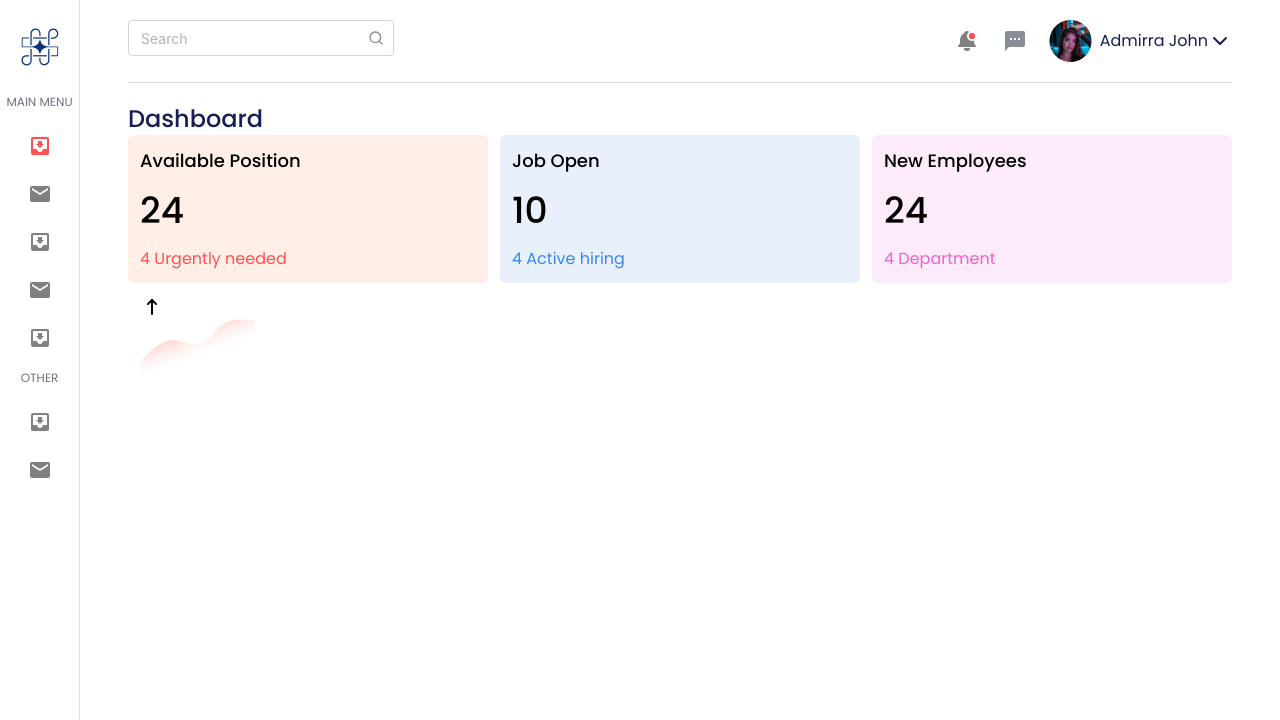
Repository: SatyaDewangan05/sample-dashboard
Page: /
These files come from the project's save history. The page is drawn as it stood at one moment and after the next save; the edit follows.
The browser window is 1280 px wide. The pictures show the whole page.
The project was rebuilt for these pictures with package versions that can differ from the ones it lists, and the page was loaded fresh each time. The framework's server and built-in components were replaced by stand-ins that run in the browser. Also part of the build but not shown: next.config.mjs.

Above is the page before, as saved 2024-09-22 00:12:04.

### src/app/layout.js
import localFont from "next/font/local";
import "./globals.css";
import { MantineProvider } from "@mantine/core";
import "@mantine/core/styles.css";

const geistSans = localFont({
  src: "./fonts/GeistVF.woff",
  variable: "--font-geist-sans",
  weight: "100 900",
});
const geistMono = localFont({
  src: "./fonts/GeistMonoVF.woff",
  variable: "--font-geist-mono",
  weight: "100 900",
});

import { Poppins } from "next/font/google";
const poppins = Poppins({
  weight: ["400", "500", "600", "700"], // You can choose different weights like '300', '500' etc.
  subsets: ["latin"],
});

export const metadata = {
  title: "Create Next App",
  description: "Generated by create next app",
};

export default function RootLayout({ children }) {
  return (
    <html lang="en">
      <body className={`${poppins.className} antialiased bg-white`}>
        <MantineProvider>{children}</MantineProvider>
      </body>
    </html>
  );
}

### src/app/page.jsx
import Image from "next/image";
import MiniDrawer from "./components/Drawer";
import {
  ActionIcon,
  Anchor,
  Avatar,
  Divider,
  Indicator,
  TextInput,
  Title,
} from "@mantine/core";
import { Search } from "lucide-react";
import {
  IconBellFilled,
  IconChevronCompactDown,
  IconChevronDown,
} from "@tabler/icons-react";
import TextsmsIcon from "@mui/icons-material/Textsms";
import DP from "@/images/dp.png";
import ThreeData from "./components/card/ThreeData";
import DetailChart from "./components/card/DetailChart";

export default function Home() {
  return (
    <div className="flex">
      <MiniDrawer />
      <div className="w-full px-12">
        {/* Top Bar */}
        <div className="w-full py-5 flex justify-between">
          <TextInput placeholder="Search" rightSection={<Search size={16} />} />
          <div className="flex items-center gap-5">
            <ActionIcon
              variant="transparent"
              color="gray"
              // c="black"
              aria-label="Settings"
            >
              <Indicator color="#FF5151" offset={7} withBorder>
                <IconBellFilled color="gray" />
              </Indicator>
            </ActionIcon>
            <ActionIcon
              variant="transparent"
              color="gray"
              // c="black"
              aria-label="Settings"
            >
              <TextsmsIcon color="gray" />
            </ActionIcon>
            <div className="flex gap-2 items-center">
              <Image src={DP} />
              <Anchor
                href="https://mantine.dev/"
                target="_blank"
                underline="never"
                c="#161E54"
              >
                <div className="flex items-center">
                  Admirra John
                  <IconChevronDown />
                </div>
              </Anchor>
            </div>
          </div>
        </div>
        <Divider />

        <div className="w-full py-5">
          <p className="text-2xl font-medium text-[#161E54]">Dashboard</p>
          <div className="grid grid-cols-3 gap-3">
            <ThreeData
              heading="Available Position"
              figure={24}
              text="4 Urgently needed"
              bgColor="#FFEFE7"
              textColor="#FF5151"
            />
            <ThreeData
              heading="Job Open"
              figure={10}
              text="4 Active hiring"
              bgColor="#E8F0FB"
              textColor="#3786F1"
            />
            <ThreeData
              heading="New Employees"
              figure={24}
              text="4 Department"
              bgColor="#FDEBF9"
              textColor="#EE61CF"
            />
          </div>
          <div className="grid grid-col-2 gap-3">
            <DetailChart />
          </div>
        </div>
      </div>
    </div>
  );
}

### src/app/globals.css
@tailwind base;
@tailwind components;
@tailwind utilities;

:root {
  --background: #ffffff;
  --foreground: #171717;
}

/* @media (prefers-color-scheme: dark) {
  :root {
    --background: #0a0a0a;
    --foreground: #ededed;
  }
} */

body {
  color: var(--foreground);
  background: var(--background);
  font-family: Arial, Helvetica, sans-serif;
}

@layer utilities {
  .text-balance {
    text-wrap: balance;
  }
}

@layer base {
  :root {
    --background: 0 0% 100%;
    --foreground: 0 0% 3.9%;
    --card: 0 0% 100%;
    --card-foreground: 0 0% 3.9%;
    --popover: 0 0% 100%;
    --popover-foreground: 0 0% 3.9%;
    --primary: 0 0% 9%;
    --primary-foreground: 0 0% 98%;
    --secondary: 0 0% 96.1%;
    --secondary-foreground: 0 0% 9%;
    --muted: 0 0% 96.1%;
    --muted-foreground: 0 0% 45.1%;
    --accent: 0 0% 96.1%;
    --accent-foreground: 0 0% 9%;
    --destructive: 0 84.2% 60.2%;
    --destructive-foreground: 0 0% 98%;
    --border: 0 0% 89.8%;
    --input: 0 0% 89.8%;
    --ring: 0 0% 3.9%;
    --chart-1: 12 76% 61%;
    --chart-2: 173 58% 39%;
    --chart-3: 197 37% 24%;
    --chart-4: 43 74% 66%;
    --chart-5: 27 87% 67%;
    --radius: 0.5rem;
  }
  .dark {
    --background: 0 0% 3.9%;
    --foreground: 0 0% 98%;
    --card: 0 0% 3.9%;
    --card-foreground: 0 0% 98%;
    --popover: 0 0% 3.9%;
    --popover-foreground: 0 0% 98%;
    --primary: 0 0% 98%;
    --primary-foreground: 0 0% 9%;
    --secondary: 0 0% 14.9%;
    --secondary-foreground: 0 0% 98%;
    --muted: 0 0% 14.9%;
    --muted-foreground: 0 0% 63.9%;
    --accent: 0 0% 14.9%;
    --accent-foreground: 0 0% 98%;
    --destructive: 0 62.8% 30.6%;
    --destructive-foreground: 0 0% 98%;
    --border: 0 0% 14.9%;
    --input: 0 0% 14.9%;
    --ring: 0 0% 83.1%;
    --chart-1: 220 70% 50%;
    --chart-2: 160 60% 45%;
    --chart-3: 30 80% 55%;
    --chart-4: 280 65% 60%;
    --chart-5: 340 75% 55%;
  }
}

@layer base {
  * {
    @apply border-border;
  }
  body {
    @apply bg-background text-foreground;
  }
}

### src/app/components/Drawer.jsx
"use client";

import { styled } from "@mui/material/styles";
import MuiDrawer from "@mui/material/Drawer";
import List from "@mui/material/List";
import IconButton from "@mui/material/IconButton";
import MenuIcon from "@mui/icons-material/Menu";

import ListItem from "@mui/material/ListItem";
import ListItemButton from "@mui/material/ListItemButton";
import ListItemIcon from "@mui/material/ListItemIcon";
import ListItemText from "@mui/material/ListItemText";
import InboxIcon from "@mui/icons-material/MoveToInbox";
import MailIcon from "@mui/icons-material/Mail";
import { useState } from "react";
import Image from "next/image";

import Logo from "@/images/logo.svg";
import LogoWithName from "@/images/logo_with_name.png";

const drawerWidth = 220;

const openedMixin = (theme) => ({
  width: drawerWidth,
  transition: theme.transitions.create("width", {
    easing: theme.transitions.easing.sharp,
    duration: theme.transitions.duration.enteringScreen,
  }),
  overflowX: "hidden",
});

const closedMixin = (theme) => ({
  transition: theme.transitions.create("width", {
    easing: theme.transitions.easing.sharp,
    duration: theme.transitions.duration.leavingScreen,
  }),
  overflowX: "hidden",
  width: "80px",
  [theme.breakpoints.up("sm")]: {
    width: "80px",
  },
});

const DrawerHeader = styled("div")(({ theme }) => ({
  display: "flex",
  alignItems: "center",
  justifyContent: "center",
  padding: "20px",
  // necessary for content to be below app bar
  ...theme.mixins.toolbar,
}));

const Drawer = styled(MuiDrawer, {
  shouldForwardProp: (prop) => prop !== "open",
})(({ theme }) => ({
  width: drawerWidth,
  flexShrink: 0,
  whiteSpace: "nowrap",
  boxSizing: "border-box",
  variants: [
    {
      props: ({ open }) => open,
      style: {
        ...openedMixin(theme),
        "& .MuiDrawer-paper": openedMixin(theme),
      },
    },
    {
      props: ({ open }) => !open,
      style: {
        ...closedMixin(theme),
        "& .MuiDrawer-paper": closedMixin(theme),
      },
    },
  ],
}));

export default function MiniDrawer() {
  const [open, setOpen] = useState(false);

  const [active, setActive] = useState("Dashboard");

  return (
    <Drawer variant="permanent" open={open}>
      <DrawerHeader>
        <IconButton onClick={() => setOpen((prevState) => !prevState)}>
          {open ? (
            <Image src={LogoWithName} alt="Images" />
          ) : (
            <Image className="mx-auto" src={Logo} alt="Images" />
          )}
        </IconButton>
      </DrawerHeader>
      <p
        className={`h-5 uppercase text-xs  text-gray-500 ${
          open ? "pl-5" : "text-center"
        }`}
      >
        Main Menu
      </p>
      <List>
        {["Dashboard", "Recruitment", "Schedule", "Employee", "Department"].map(
          (text, index) => (
            <ListItem key={text} disablePadding sx={{ display: "block" }}>
              <ListItemButton
                sx={[
                  {
                    minHeight: 48,
                    px: 2,
                    color: active === text ? "#FF5151" : "unset",
                  },
                  open
                    ? {
                        justifyContent: "initial",
                      }
                    : {
                        justifyContent: "center",
                      },
                ]}
                onClick={() => setActive(text)}
              >
                <ListItemIcon
                  sx={[
                    {
                      //   minWidth: 0,
                      justifyContent: "center",
                      color: active === text ? "#FF5151" : "gray",
                    },
                    open
                      ? {
                          mr: 2,
                        }
                      : {
                          mx: "auto",
                        },
                  ]}
                >
                  {index % 2 === 0 ? <InboxIcon /> : <MailIcon />}
                </ListItemIcon>
                <ListItemText
                  primary={text}
                  sx={[
                    open
                      ? {
                          opacity: 1,
                        }
                      : {
                          opacity: 0,
                        },
                  ]}
                />
              </ListItemButton>
            </ListItem>
          )
        )}
      </List>
      <p
        className={`h-5 uppercase text-xs text-gray-500 ${
          open ? " pl-5" : "text-center"
        }`}
      >
        Other
      </p>
      <List>
        {["Support", "Settings"].map((text, index) => (
          <ListItem key={text} disablePadding sx={{ display: "block" }}>
            <ListItemButton
              sx={[
                {
                  minHeight: 48,
                  px: 2,
                },
                open
                  ? {
                      justifyContent: "initial",
                    }
                  : {
                      justifyContent: "center",
                    },
              ]}
              onClick={() => setActive(text)}
            >
              <ListItemIcon
                sx={[
                  {
                    justifyContent: "center",
                    color: active === text ? "#FF5151" : "gray",
                  },
                  open
                    ? {
                        mr: 2,
                      }
                    : {
                        mx: "auto",
                      },
                ]}
              >
                {index % 2 === 0 ? <InboxIcon /> : <MailIcon />}
              </ListItemIcon>
              <ListItemText
                primary={text}
                sx={[
                  open
                    ? {
                        opacity: 1,
                      }
                    : {
                        opacity: 0,
                      },
                ]}
              />
            </ListItemButton>
          </ListItem>
        ))}
      </List>
    </Drawer>
  );
}

### src/app/components/card/ThreeData.jsx
const ThreeData = ({ heading, figure, text, bgColor, textColor }) => {
  return (
    <div
      className="p-3 rounded-md flex flex-col gap-2"
      style={{ backgroundColor: bgColor ? bgColor : "gray" }}
    >
      <p className="text-lg font-medium">{heading}</p>
      <p className="text-[36px] font-medium">{figure}</p>
      <p
        className="text-base"
        style={{ color: textColor ? textColor : "white" }}
      >
        {text}
      </p>
    </div>
  );
};

export default ThreeData;

### src/app/components/card/DetailChart.jsx
import Image from "next/image";
import Graph from "@/images/graph.png";
import { IconArrowNarrowUp } from "@tabler/icons-react";

const DetailChart = ({ heading, figure, texts, variation }) => {
  return (
    <div className="p-3 rounded-md flex items-center">
      <div className="flex flex-col gap-2">
        <p className="text-lg font-medium">{heading}</p>
        <p className="text-[36px] font-medium">{figure}</p>
        <div>
          {Array.isArray(texts)
            ? texts.map((text, index) => (
                <p key={index} className="text-base">
                  {text}
                </p>
              ))
            : null}
        </div>
      </div>
      <div>
        <div className="flex flex-col justify-between">
          <p>{variation}</p>
          <IconArrowNarrowUp />
          <Image src={Graph} />
        </div>
        <div></div>
      </div>
    </div>
  );
};

export default DetailChart;

Loaded but not shown: tailwind.config.js (common file)

After the next save:
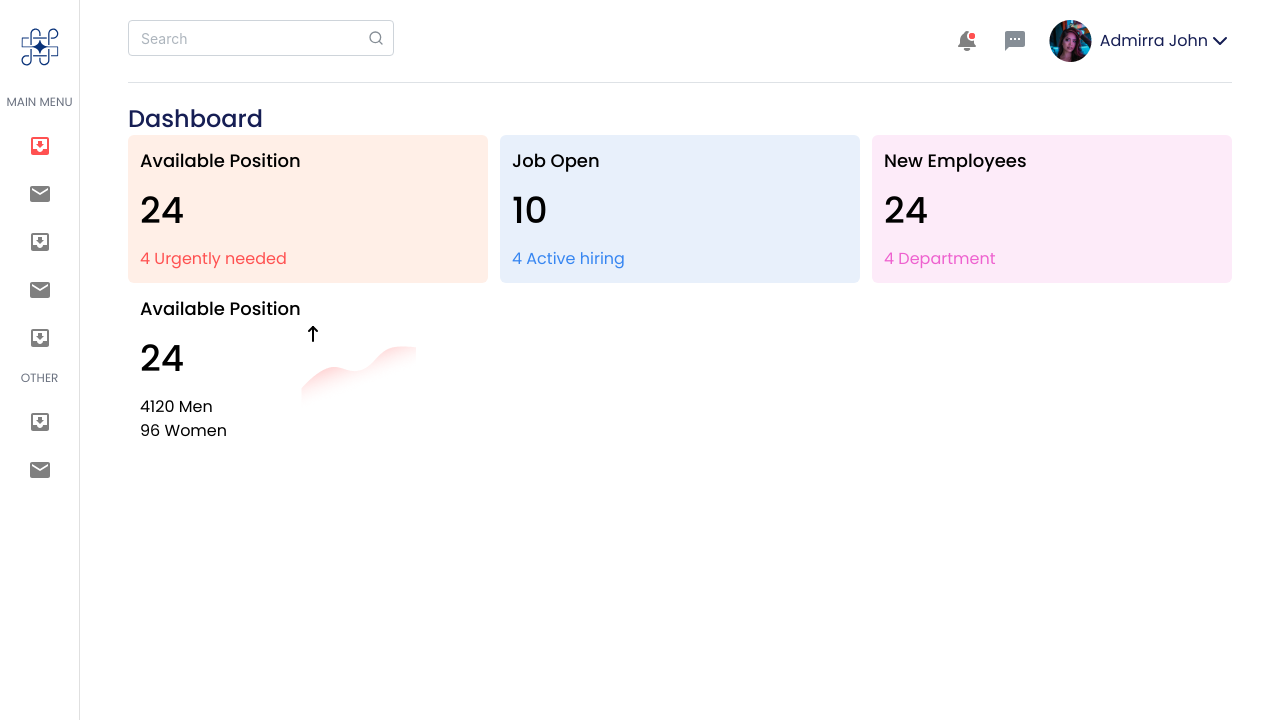
Saved 35 s later.
--- a/src/app/page.jsx
+++ b/src/app/page.jsx
@@ -91,7 +91,11 @@ export default function Home() {
             />
           </div>
           <div className="grid grid-col-2 gap-3">
-            <DetailChart />
+            <DetailChart
+              heading="Available Position"
+              figure={24}
+              texts={["4120 Men", "96 Women"]}
+            />
           </div>
         </div>
       </div>
